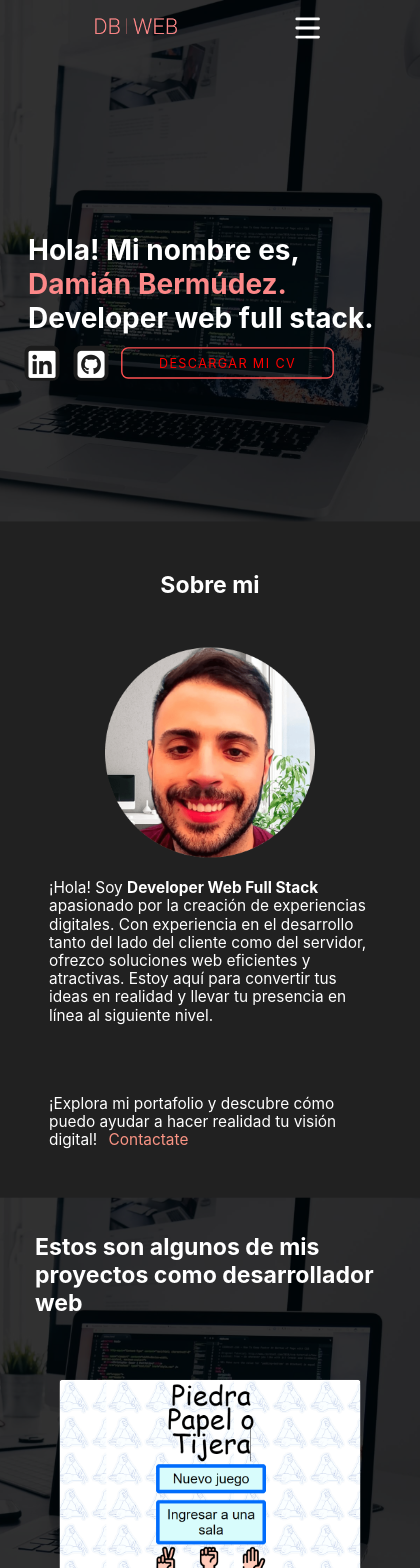
Repository: DamianBermudez94/DB-Porfolio
Page: /
These files come from the project's save history. The page is drawn as it stood at one moment and after the next save; the edit follows.
The browser window is 600 px wide. The pictures show the part of the page from y = 0 to 2240 px (the page is 2910 px tall), at 70% of full size.
Backgrounds fixed to the window are drawn as part of the page. Some web libraries are served in a nearby version. The project was rebuilt for these pictures with package versions that can differ from the ones it lists, and the page was loaded fresh each time. Also part of the build but not shown: vite.config.js, src/components/Servicios/styles.css, src/components/Servicios/Service.jsx, src/pages/Servicios.jsx, src/components/Conocimientos/Conocimientos.jsx, src/pages/AcerdaDe.jsx, src/components/Contacto/Contact.jsx, src/pages/contacto.jsx and 2 more.

Above is the page before, as saved 2024-03-09 18:39:59.

After the next save:
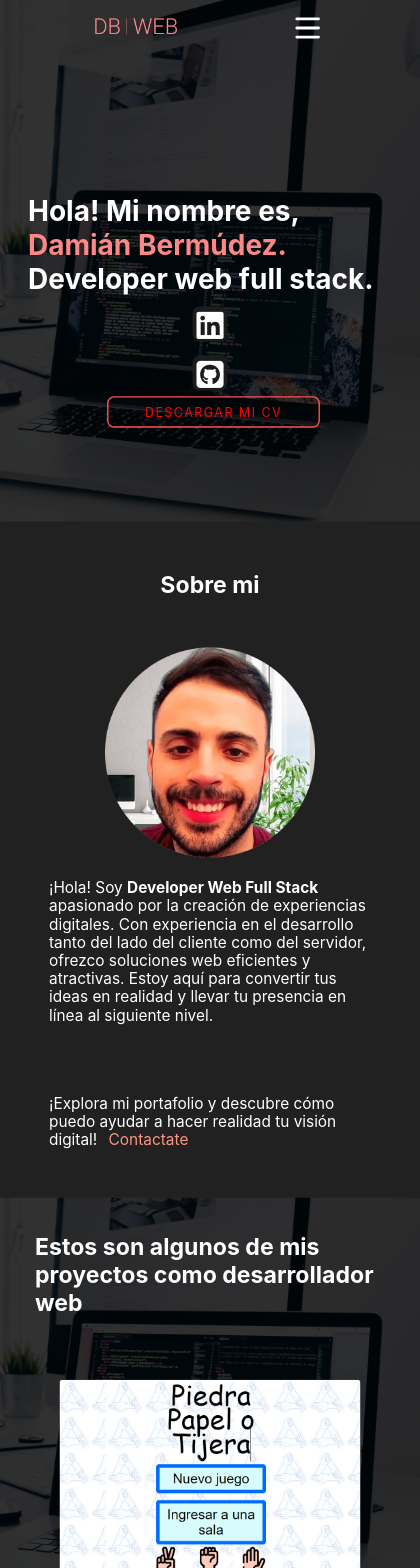
Saved 60 s later.
--- a/src/components/Home/styles.css
+++ b/src/components/Home/styles.css
@@ -222,4 +222,7 @@
     padding: 5px;
     margin-left: 0px;
   }
-}
+  .container-redes_inicio{
+    flex-direction: column;
+  }
+}

After the save that followed:
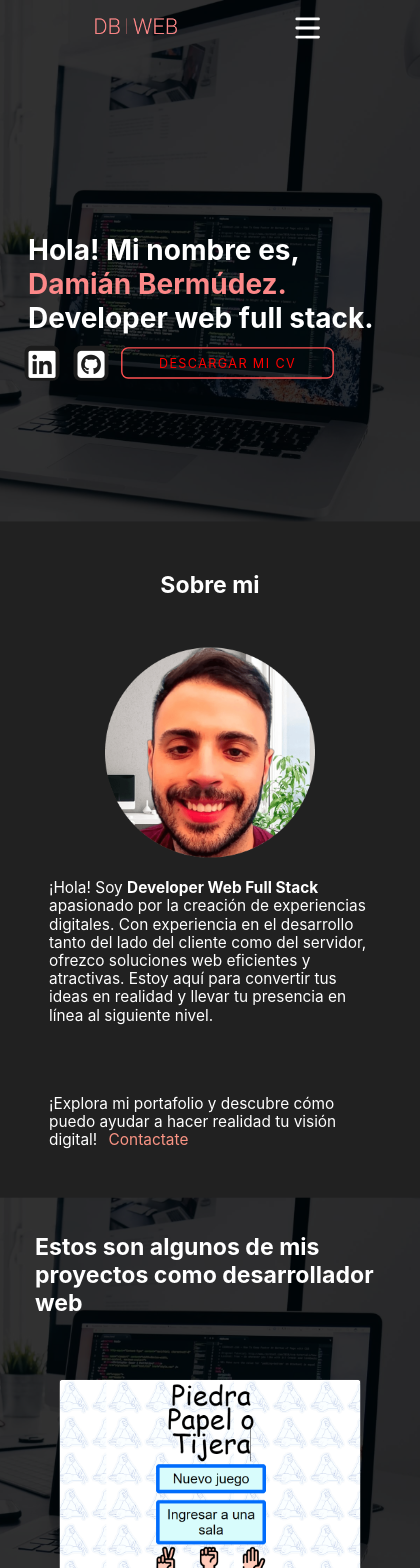
Saved 7 s later.
--- a/src/components/Home/styles.css
+++ b/src/components/Home/styles.css
@@ -223,6 +223,6 @@
     margin-left: 0px;
   }
   .container-redes_inicio{
-    flex-direction: column;
-  }
-}
+
+  }
+}
